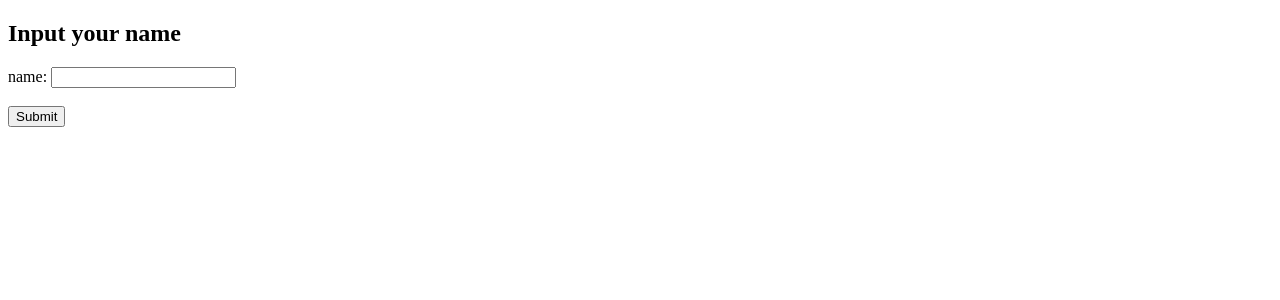
Repository: cc666801/ServletSchool
Page: Servlet/src/main/webapp/GetParam.html
The author's editor kept a copy of each file at every save. The page is drawn from the files as they stood at one save, then again after the next save.
The browser window is 1280 px wide. The pictures show the whole page.

Above is the page before, as saved 2023-03-02 08:21:36.

### Servlet/src/main/webapp/GetParam.html
<!DOCTYPE html>
<html>
<head>
<meta charset="UTF-8">
<title>Insert title here</title>
</head>
<body>
	<h2>Input your name</h2>
	<form method="get" action ="GetParam">
	name: <input type= "text" name = "username" /> <br><br>
	<input type="submit" />
	</form>
</body>
</html>

After the next save:
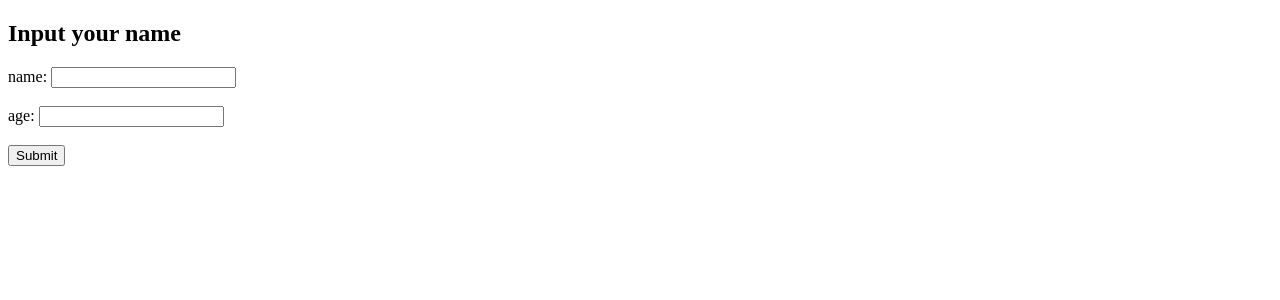
Saved 17 h 53 min later.
--- a/Servlet/src/main/webapp/GetParam.html
+++ b/Servlet/src/main/webapp/GetParam.html
@@ -8,6 +8,7 @@
 	<h2>Input your name</h2>
 	<form method="get" action ="GetParam">
 	name: <input type= "text" name = "username" /> <br><br>
+	age: <input type= "text" name = "age" /> <br><br>
 	<input type="submit" />
 	</form>
 </body>
